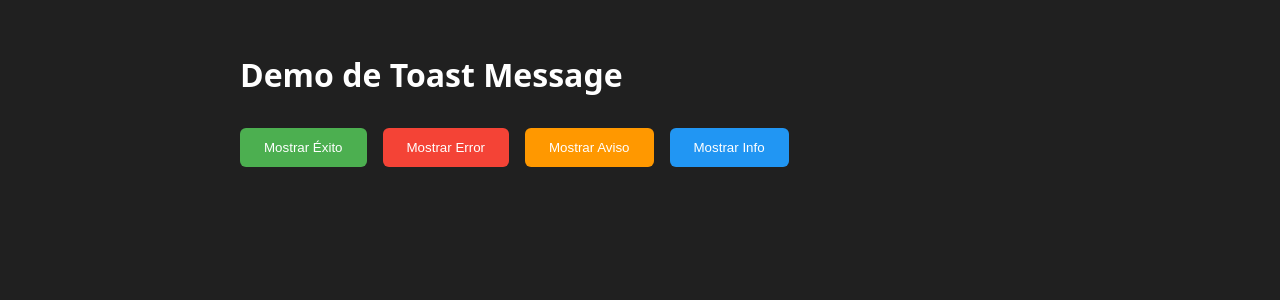
Repository: aitorcachero/aicadev-toast-message
Page: index.html
The author's editor kept a copy of each file at every save. The page is drawn from the files as they stood at one save, then again after the next save.
The browser window is 1280 px wide. The pictures show the whole page.

Above is the page before, as saved 2025-05-22 17:01:53.

After the next save:
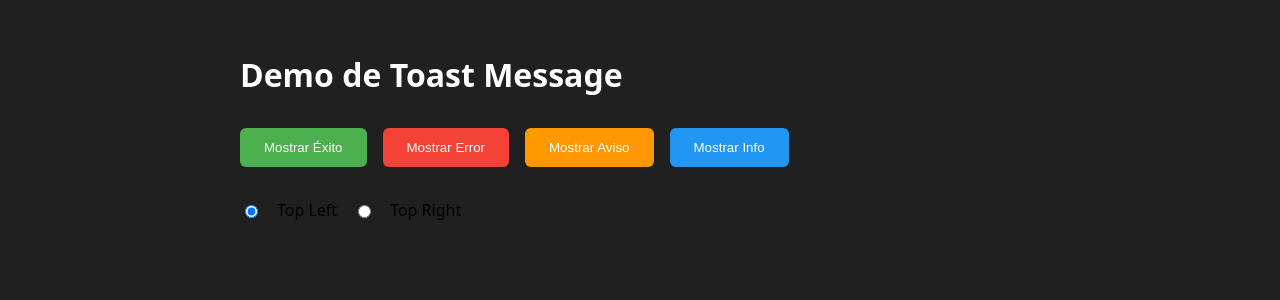
Saved 58 s later.
--- a/index.html
+++ b/index.html
@@ -82,7 +82,10 @@
   </div>
 
   <div class="button-group">
-
+    <input type="radio" id="top-left" name="position" value="top-left" checked>
+    <label for="top-left">Top Left</label>
+    <input type="radio" id="top-right" name="position" value="top-right">
+    <label for="top-right">Top Right</label>
   </div>
 
   <script type="module">
